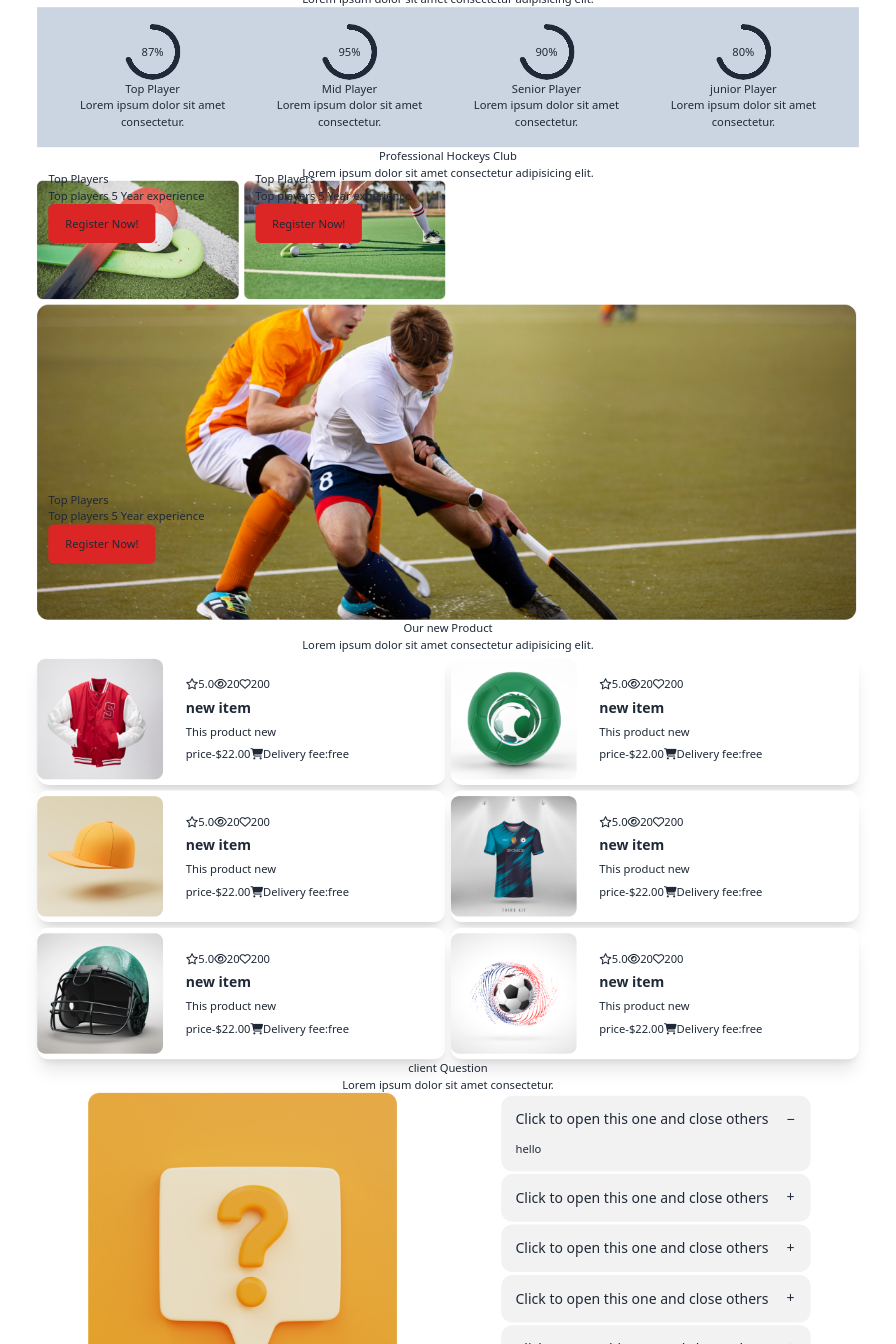
Repository: sumonkumarsarkar/bd-hockeys-team
Page: index.html
The author's editor kept a copy of each file at every save. The page is drawn from the files as they stood at one save, then again after the next save.
The browser window is 1280 px wide. The pictures show the part of the page from y = 875 to 2795 px (the page is 3779 px tall before and 3905 px after), at 70% of full size.
Some web libraries are served in a nearby version.

Above is the page before, as saved 2024-01-24 12:45:45.

After the next save:
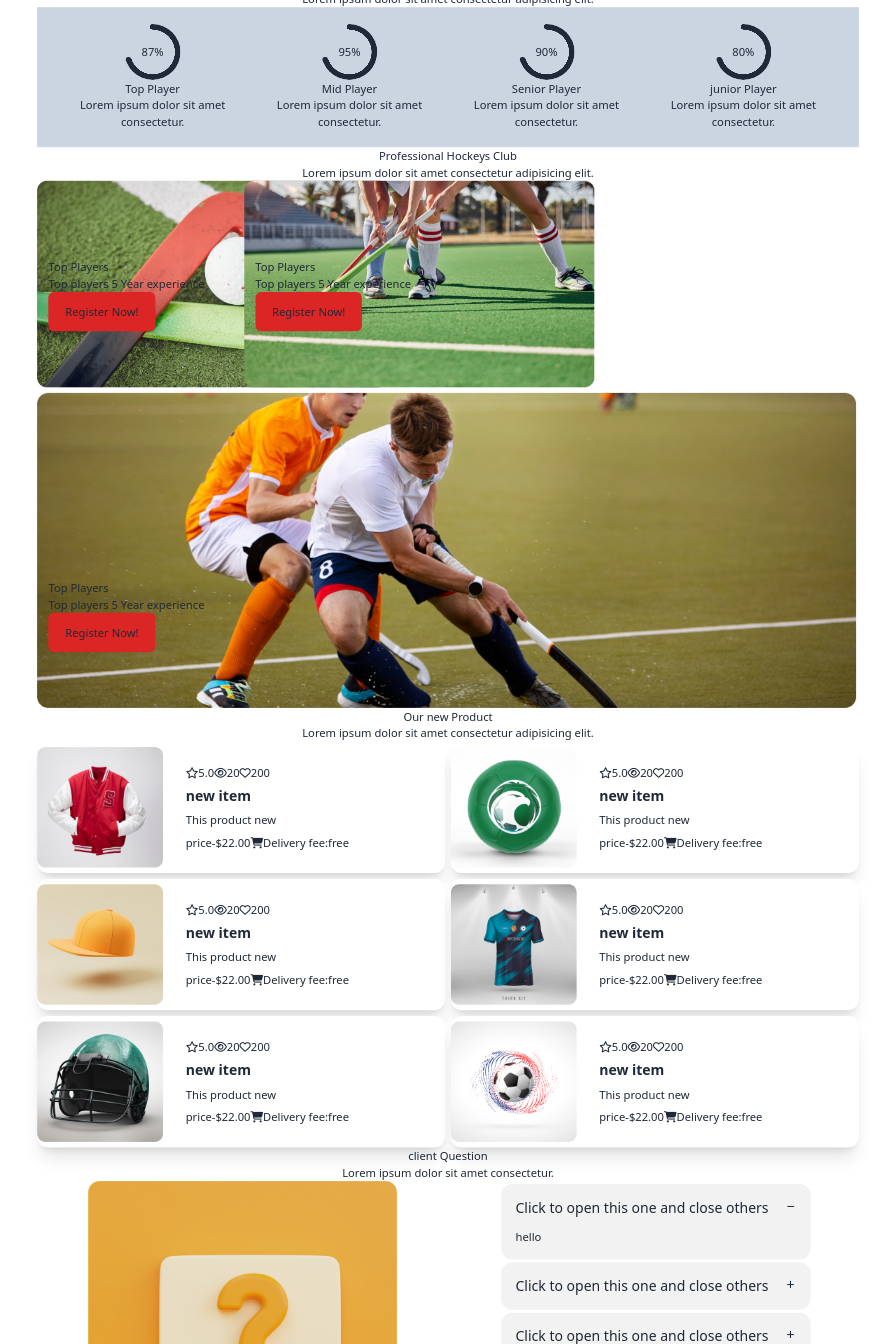
Saved 65 s later.
--- a/index.html
+++ b/index.html
@@ -154,7 +154,7 @@
      <!-- banner -1  -->
      <div class=" relative">
         <div>
-            <div><img src="./Images/2.png" alt=""></div>
+            <div class="w-[500px]"><img src="./Images/2.png" alt=""></div>
          </div>
          <div class=" absolute bottom-20 left-4">
             <h2>Top Players</h2>
@@ -168,7 +168,7 @@
 
  <div class="relative">
     <div>
-        <div><img src="./Images/3.png" alt=""></div>
+        <div class="w-[500px]"><img src="./Images/3.png" alt=""></div>
      </div>
      <div class="absolute bottom-20 left-4">
         <h2>Top Players</h2>

After the save that followed:
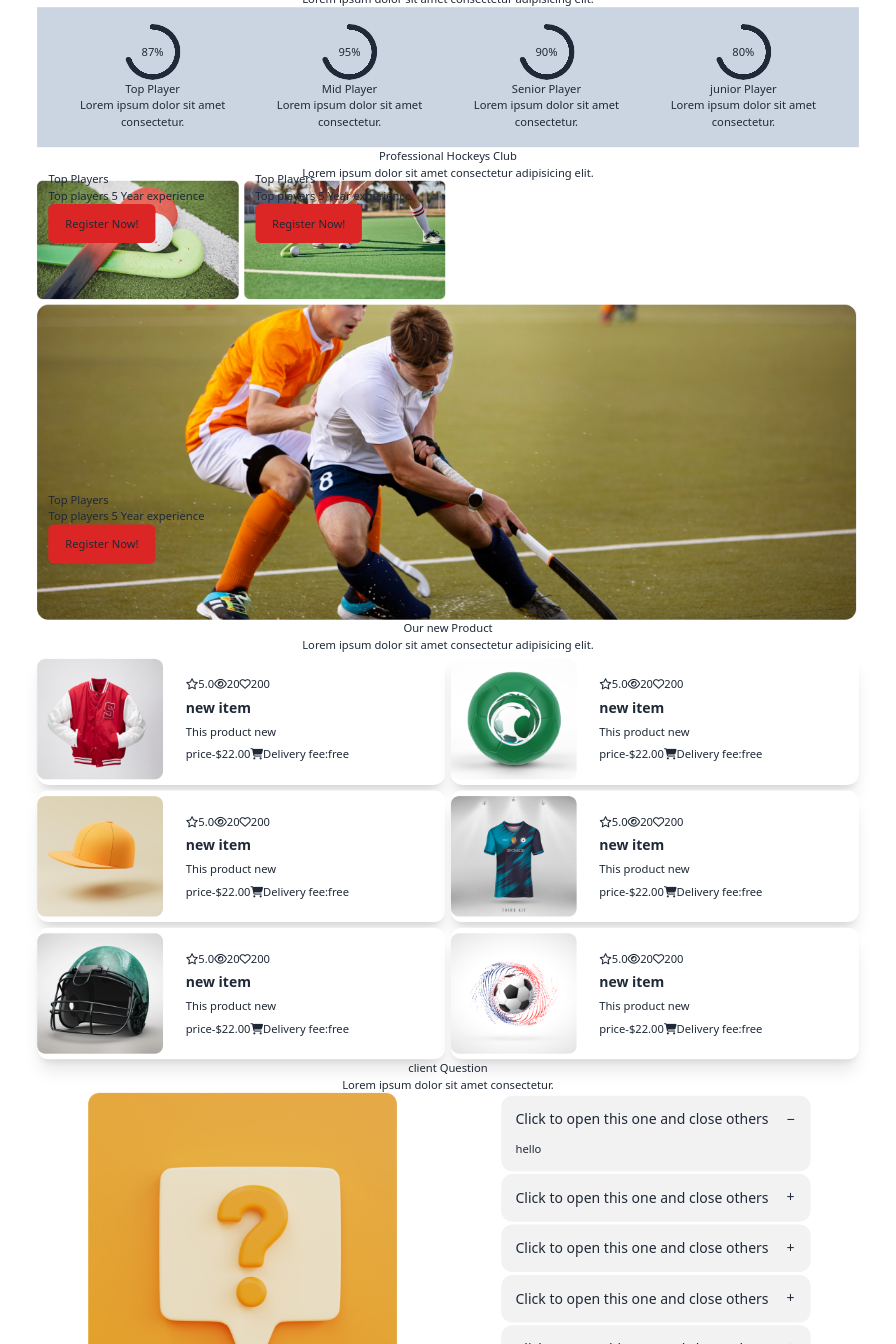
Saved 35 s later.
--- a/index.html
+++ b/index.html
@@ -154,7 +154,7 @@
      <!-- banner -1  -->
      <div class=" relative">
         <div>
-            <div class="w-[500px]"><img src="./Images/2.png" alt=""></div>
+            <div><img class="w-[500px]" src="./Images/2.png" alt=""></div>
          </div>
          <div class=" absolute bottom-20 left-4">
             <h2>Top Players</h2>
@@ -168,7 +168,7 @@
 
  <div class="relative">
     <div>
-        <div class="w-[500px]"><img src="./Images/3.png" alt=""></div>
+        <div><img class="w-[500px]" src="./Images/3.png" alt=""></div>
      </div>
      <div class="absolute bottom-20 left-4">
         <h2>Top Players</h2>
